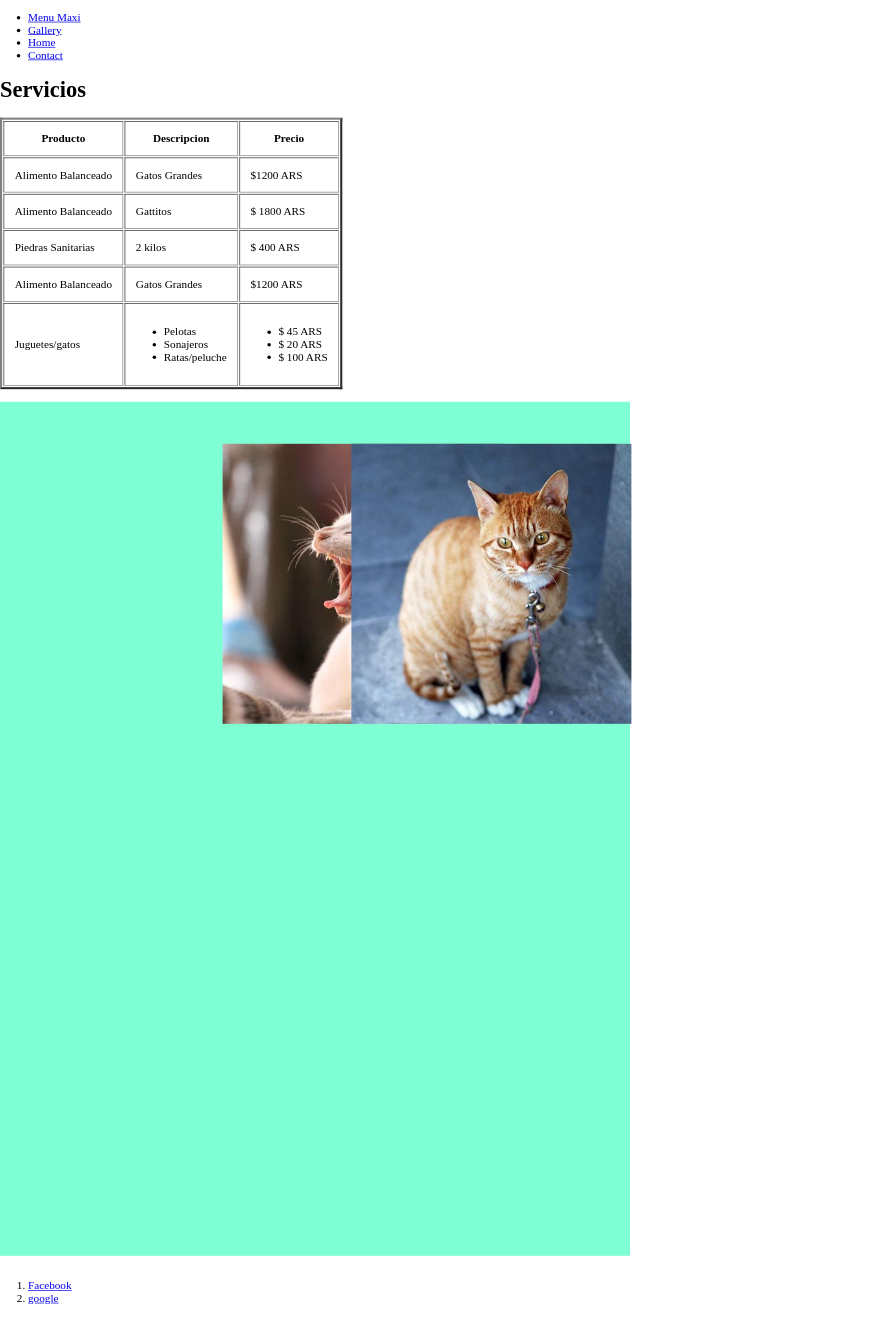
Repository: raul4264/final
Page: Services.html
An editor plug-in stored every save of this project. The page is shown before and after the next save, followed by the edit.
The browser window is 1280 px wide. The pictures show the whole page, at 70% of full size.

Above is the page before, as saved 2021-03-25 13:43:41.

### Services.html
<!DOCTYPE html>
<html lang="en">

<head>
    <meta charset="UTF-8">
    <meta http-equiv="X-UA-Compatible" content="IE=edge">
    <meta name="viewport" content="width=device-width, initial-scale=1.0">
    <title>Services</title>
    <link href="css/services.css" rel="stylesheet" type="text/css">
</head>

<body>
    <header>


        <nav>
            <nav>
                <ul class="uno">
                    <li class="item"><a href="menu_maxi.html">Menu Maxi</a></li>
                    <li class="item"><a href="Gallery.html">Gallery</a></li>
                    <li class="item"><a href="index.html">Home</a></li>
                    <li class="item"><a href="Contact.html">Contact</a></li>
                </ul>

            </nav>

        </nav>

    </header>
    <main>
        <h1>Servicios</h1>
        <section>

            <table border="3px" cellpadding="15px">
                <tr>
                    <th>Producto</th>
                    <th>Descripcion</th>
                    <th>Precio</th>
                </tr>
                <tr>
                    <td>Alimento Balanceado</td>
                    <td>Gatos Grandes</td>
                    <td> $1200 ARS</td>
                </tr>
                <tr>
                    <td>Alimento Balanceado</td>
                    <td>Gattitos</td>
                    <td>$ 1800 ARS</td>
                </tr>
                <tr>
                    <td>Piedras Sanitarias</td>
                    <td>2 kilos</td>
                    <td>$ 400 ARS</td>
                </tr>
                <tr>
                    <td>Alimento Balanceado</td>
                    <td>Gatos Grandes</td>
                    <td>$1200 ARS</td>
                </tr>
                <tr>
                    <td>Juguetes/gatos</td>
                    <td>
                        <ul>
                            <li>Pelotas</li>
                            <li>Sonajeros</li>
                            <li>Ratas/peluche</li>
                        </ul>
                    </td>
                    <td>
                        <ul>
                            <li>$ 45 ARS</li>
                            <li>$ 20 ARS</li>
                            <li>$ 100 ARS</li>
                        </ul>
                    </td>
                </tr>
            </table>
            <br>
        </section>

        <div id="container">


            <div class="square square2"> <img src="images/2.jpg" alt="Sample photo"></div>

           <div class="square square2"> <img src="images/3.jpg" alt="Sample photo"></div>
        <!--    <div class="square square3"> <p>Lorem, ipsum dolor sit amet consectetur adipisicing elit. Repudiandae debitis quas a delectus esse voluptates
                at quos nemo ad unde, ipsam illum velit aut iste consequuntur ab nulla tempore consectetur.
                Modi nam itaque sapiente exercitationem expedita, reiciendis explicabo corporis ratione, tempora corrupti
                eius ex blanditiis voluptatibus similique maxime culpa, quos sit consequatur adipisci. Labore asperiores id
                quas repellendus tenetur consequatur.
                Autem similique voluptatibus provident atque maxime aspernatur molestias odio recusandae, cupiditate
                eveniet, necessitatibus in aperiam assumenda amet tempore minima iusto sit quasi temporibus deleniti maiores
                neque? Nesciunt laboriosam dolorum inventore!
                Dolore eaque quam modi aut dolorem? Adipisci, pariatur. Modi harum ipsum architecto quos illo officia
                delectus ipsam, explicabo similique ut repellat corrupti, sunt molestias, minima vel! Culpa perspiciatis
                autem nobis.
                Earum, maiores eveniet aliquam voluptas mollitia ab aspernatur sint sed error, tempora alias iure
                recusandae. Excepturi ex, nam dolores sit quos autem molestias quisquam, officiis voluptas perspiciatis
                ipsam, fugit dolorum!0</p></div> -->


           </div>
    </main>


        <footer>
            <br>

            <ol>
                <li><a href="http://www.facebook.com" target="blanck">Facebook</a>

                </li>
                <li><a href="http://www.google.com" target="blanck">google</a>

                </li>
            </ol>
            <br>
        </footer>
</body>

</html>

### css/services.css
html, body{
	height: 100%;
}

body{
	margin: 0;
	overflow: hidden;
	padding: 0;
}

#container{
    background-color: aquamarine;
	height: 1100px;
	padding: 60px 0;
	position: relative;
	text-align: center;
	width: 900px;
}

.square{
	background: #e87a24;
	display: inline-block;
	height: 80px;
	margin: 0 50px;
	width: 80px;
}

/* ESTILO HOVER */
#container:hover .square1{
	transform: scaleY(1.25);
	-moz-transform: scaleY(1.25);
	-webkit-transform: scaleY(1.25);
}

#container:hover .square2{
	transform: scaleY(1.5);
	-moz-transform: scaleY(1.5);
	-webkit-transform: scaleY(1.5);
}

#container:hover .square3{
	transform: scaleY(2);
	-moz-transform: scaleY(2);
	-webkit-transform: scaleY(2);
}

After the next save:
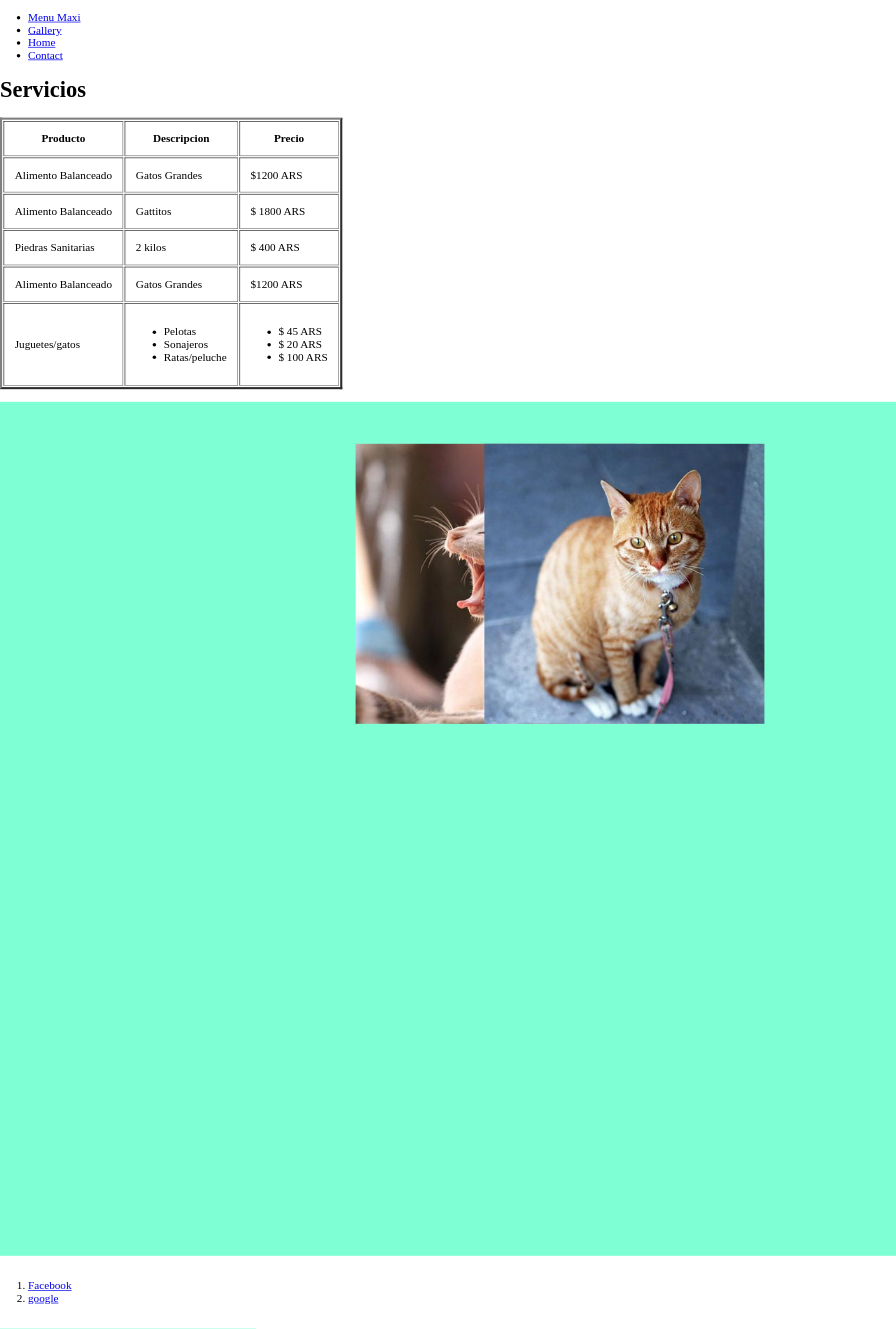
Saved 36 s later.
--- a/css/services.css
+++ b/css/services.css
@@ -14,7 +14,7 @@ body{
 	padding: 60px 0;
 	position: relative;
 	text-align: center;
-	width: 900px;
+	width:100vw;
 }
 
 .square{
